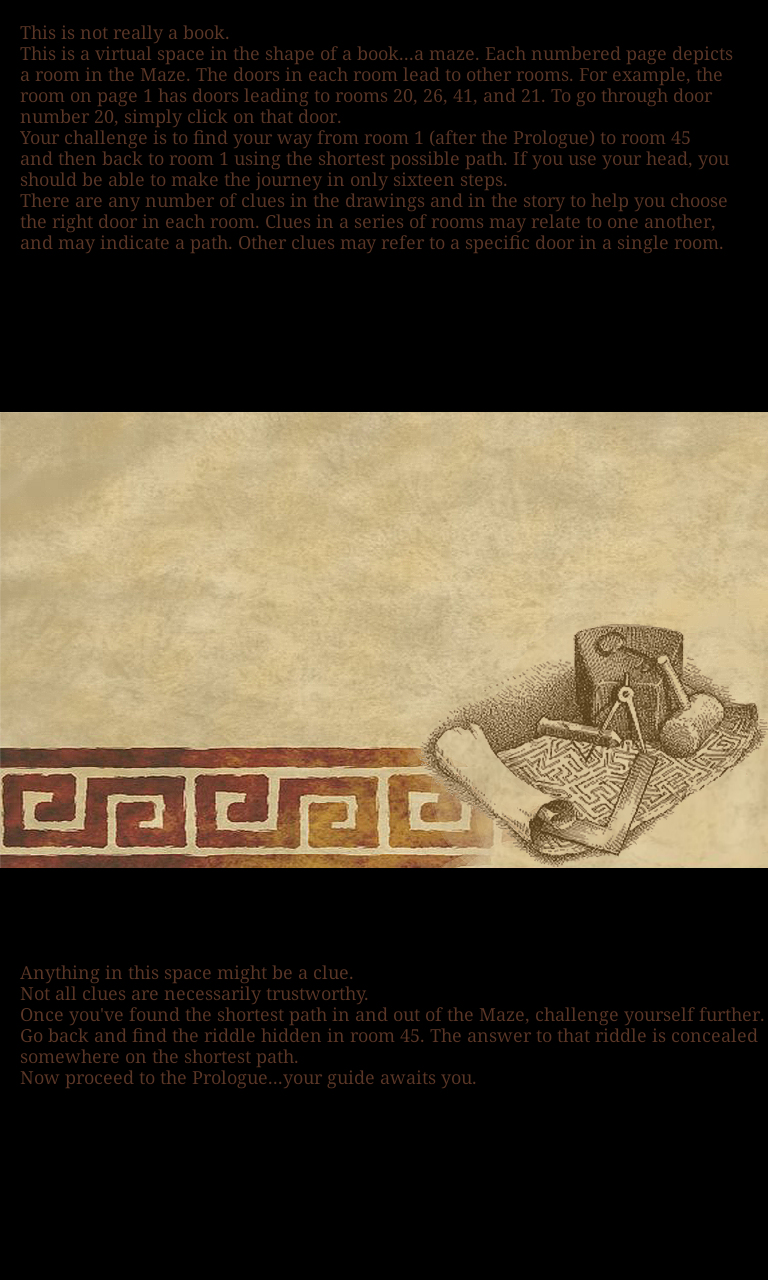
Repository: RandyLedbetter/maze
Layout: MazeTest/res/layout/activity_directions.xml
An editor plug-in stored every save of this project. The layout is shown before and after the next save, followed by the edit.
It is drawn on a 768 x 1280 px phone screen (xhdpi) without system bars, with theme android:Theme.NoTitleBar.Fullscreen; the app's code is not run.

Above is the layout before, as saved 2014-04-25 01:24:32.

### MazeTest/res/layout/activity_directions.xml
<FrameLayout xmlns:android="http://schemas.android.com/apk/res/android"
     xmlns:tools="http://schemas.android.com/tools"
	 android:id="@+id/directions_frame"
	 android:layout_width="fill_parent"
	 android:layout_height="fill_parent"
	 android:background="@color/background" >
	<ImageView
	 android:id="@+id/maze_info_background"
	 android:layout_width="fill_parent"
	 android:layout_height="fill_parent"
	 android:scaleType="fitCenter"
	 android:contentDescription="@string/directions_description"
	 android:src="@drawable/maze_info_background"
	 />

 	<TextView
 	    android:layout_width="match_parent"
 	    android:layout_height="160dp"
 	    android:padding="10dp"
 	    android:paddingBottom="0dp"
 	    android:text="@string/directions1"
 	    android:textColor="#5A3627"
 	    android:textSize="@dimen/directions_text_size"
 	    android:typeface="serif" />

 	<TextView
 	    android:id="@+id/textView1"
 	    android:layout_width="398dp"
 	    android:layout_height="wrap_content"
 	    android:layout_gravity="bottom"
 	    android:layout_marginBottom="75dp"
 	    android:padding="10dp"
 	    android:paddingTop="0dp"
 	    android:paddingBottom="0dp"
 	    android:text="@string/directions2"
 	    android:textColor="#5A3627"
 	    android:textSize="@dimen/directions_text_size"
 	    android:typeface="serif" />

</FrameLayout>

### MazeTest/res/values/values.xml
<?xml version="1.0" encoding="utf-8"?>
<resources>
    <color name="background">#000000</color>

</resources>

### MazeTest/res/values/strings.xml
<?xml version="1.0" encoding="utf-8"?>
<resources>

    <string name="app_name">MazeTest</string>
    <string name="action_settings">Settings</string>
    <string name="desc">Room Image</string>
    <string name="captions">Captions are not working if you see this string of text.</string>
    <string name="options_menu">Options</string>
    <string name="ok">OK</string>
    <string name="cancel">Cancel</string>
    <string name="author">Author: Christopher Manson</string>
    <string name="publisher">Publisher: Henry Holt and Company - 1985</string>
    <string name="developer1">Randy Ledbetter</string>
    <string name="developer2">Taylor Carrington</string>
    <string name="developer3">Jayd Saucedo</string>
    <string name="developers">Developers:</string>
    <string name="directions1">This is not really a book.\nThis is a virtual space in the shape of a book...a maze. Each numbered page depicts a room in the Maze. The doors in each room lead to other rooms. For example, the room on page 1 has doors leading to rooms 20, 26, 41, and 21. To go through door number 20, simply click on that door.\nYour challenge is to find your way from room 1 (after the Prologue) to room 45 and then back to room 1 using the shortest possible path. If you use your head, you should be able to make the journey in only sixteen steps.\nThere are any number of clues in the drawings and in the story to help you choose the right door in each room. Clues in a series of rooms may relate to one another, and may indicate a path. Other clues may refer to a specific door in a single room.\n</string>
    <string name="directions2">Anything in this space might be a clue.\nNot all clues are necessarily trustworthy.\nOnce you\'ve found the shortest path in and out of the Maze, challenge yourself further. Go back and find the riddle hidden in room 45. The answer to that riddle is concealed somewhere on the shortest path.\nNow proceed to the Prologue...your guide awaits you.\n</string>
    <string name="directions_description">This view contains directions for how to win MAZE</string>

</resources>

### MazeTest/res/values/dimens.xml
<resources>

    <!-- Default screen margins, per the Android Design guidelines. -->
    <dimen name="activity_horizontal_margin">16dp</dimen>
    <dimen name="activity_vertical_margin">16dp</dimen>
    <dimen name="font_size">12sp</dimen>
    <dimen name="captions_left_margin">140dp</dimen>
    <dimen name="captions_right_margin">50dp</dimen>
    <dimen name="captions_bottom_margin">30dp</dimen>
    <dimen name="captions_height">55dp</dimen>
    <dimen name="dashboard_btn_padding_right">40dp</dimen>
    <dimen name="dashboard_btn_text_size">18sp</dimen>
    <dimen name="directions_text_size">9sp</dimen>

</resources>

After the next save:
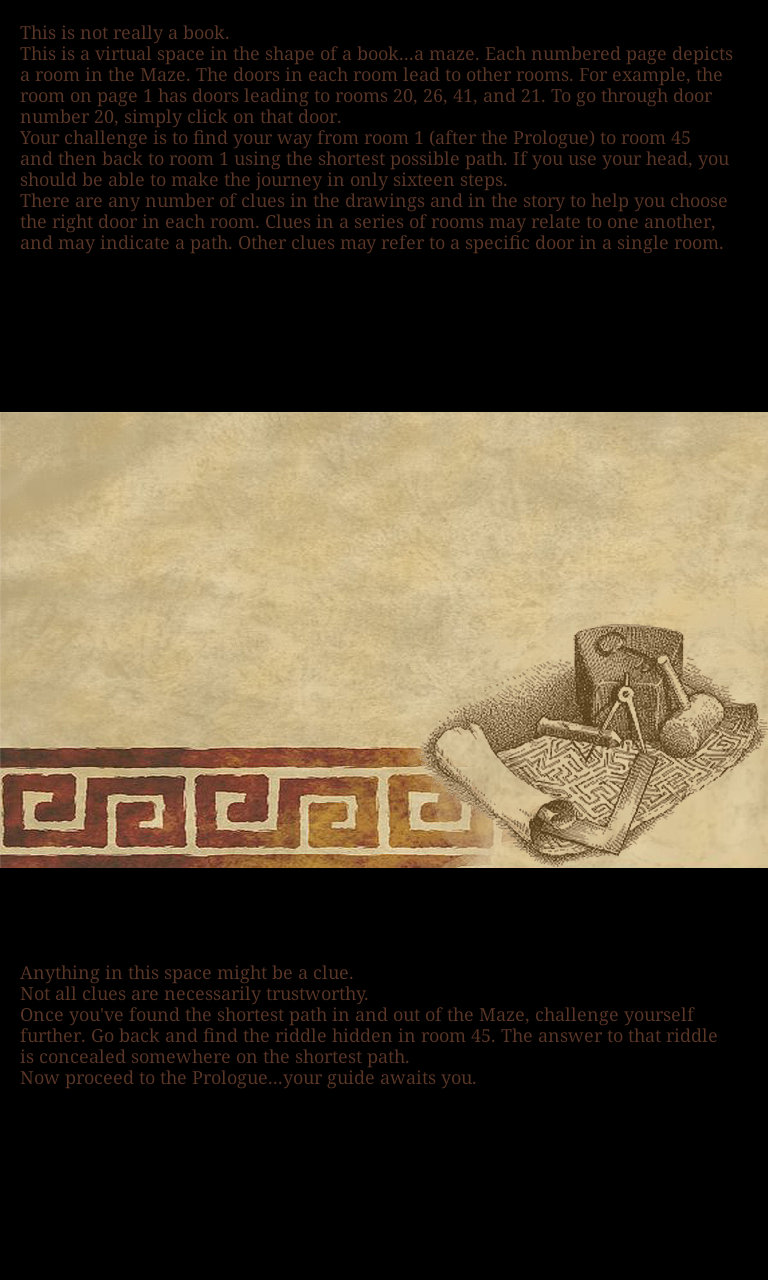
Saved 61 s later.
--- a/MazeTest/res/layout/activity_directions.xml
+++ b/MazeTest/res/layout/activity_directions.xml
@@ -25,13 +25,13 @@
 
  	<TextView
  	    android:id="@+id/textView1"
- 	    android:layout_width="398dp"
+ 	    android:layout_width="375dp"
  	    android:layout_height="wrap_content"
  	    android:layout_gravity="bottom"
  	    android:layout_marginBottom="75dp"
  	    android:padding="10dp"
+ 	    android:paddingBottom="0dp"
  	    android:paddingTop="0dp"
- 	    android:paddingBottom="0dp"
  	    android:text="@string/directions2"
  	    android:textColor="#5A3627"
  	    android:textSize="@dimen/directions_text_size"
